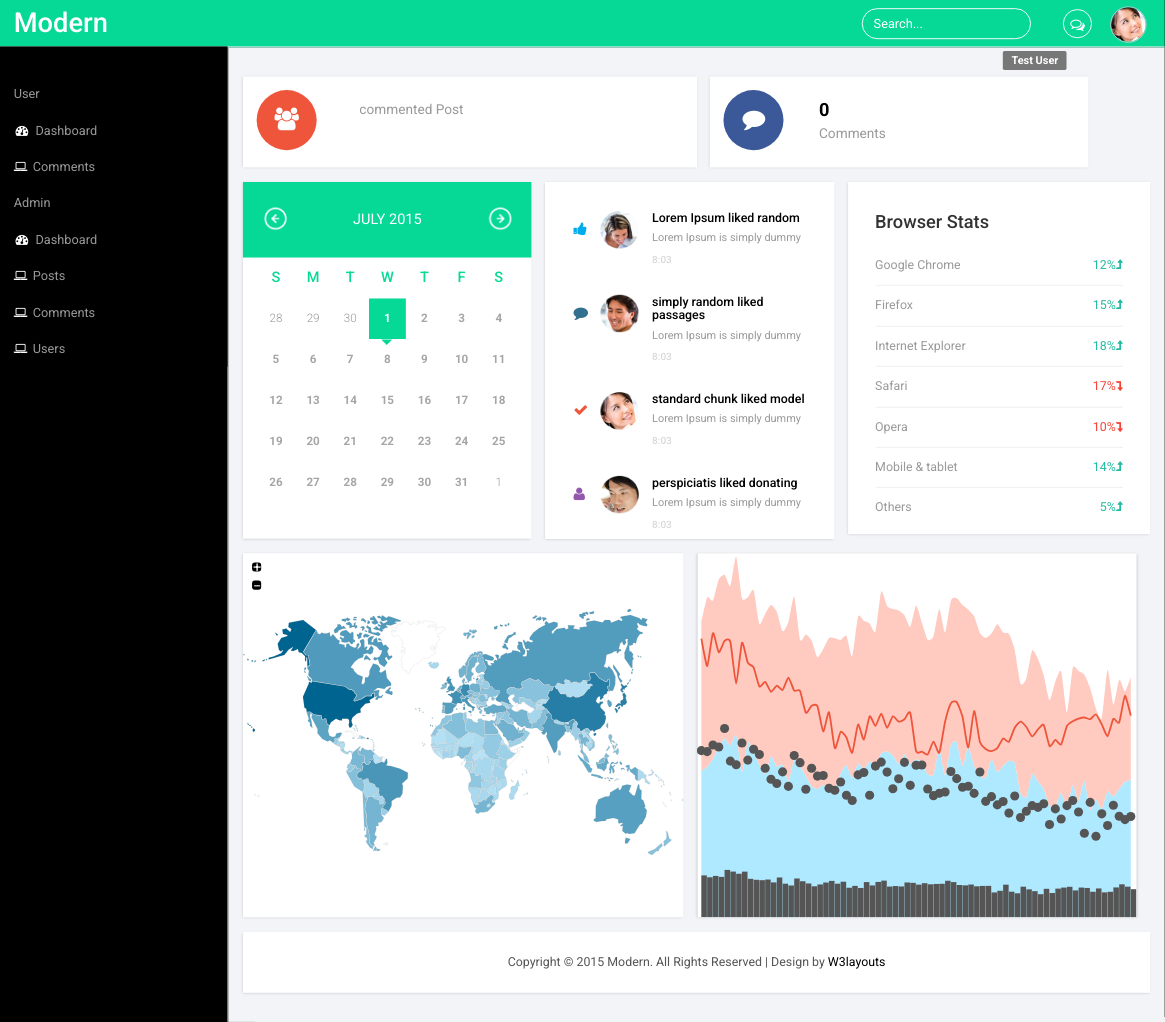
Repository: NomanMustafa/laravel-blog
Page: http://localhost/user/dashboard
These files come from the project's save history. The page is drawn as it stood at one moment and after the next save; the edit follows.
The browser window is 1280 px wide. The pictures show the whole page, at 91% of full size.
The page is served by the project's Laravel application, run on PHP 8.4 with Laravel 8. A made-up administrator, Test User (test@example.com), is signed in. Queries for data that is not in the repository find no rows.

Above is the page before, as saved 2020-07-06 14:22:14.

After the next save:
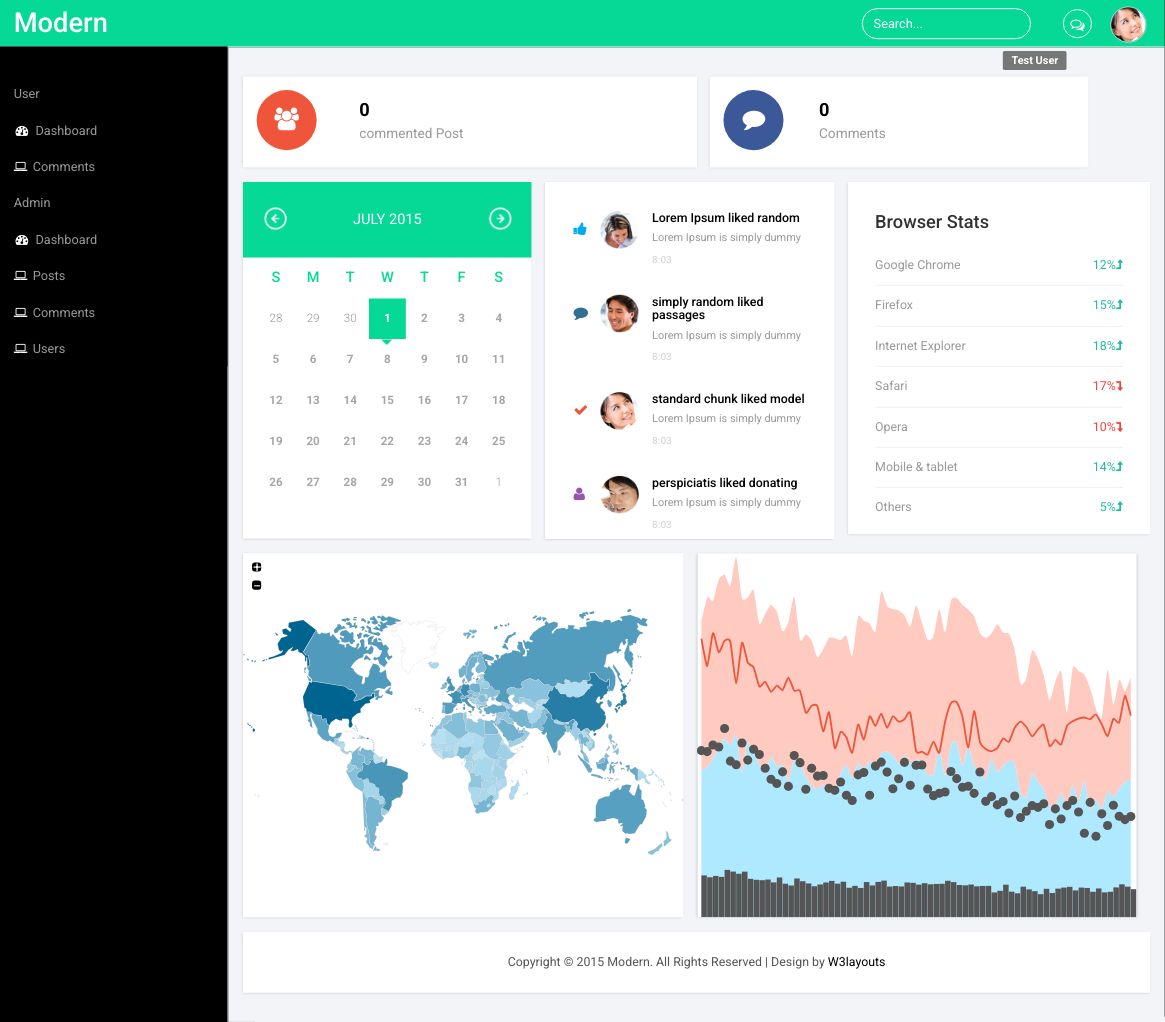
Saved 5 min 5 s later.
--- a/resources/views/user/dashboard.blade.php
+++ b/resources/views/user/dashboard.blade.php
@@ -9,7 +9,7 @@
         		<div class="r3_counter_box">
                     <i class="pull-left fa fa-users user1 icon-rounded"></i>
                     <div class="stats">
-                      <h5><strong></strong></h5>
+                      <h5><strong>{{ Auth::user()->comments->unique('post_id')->count() }}</strong></h5>
                       <span>commented Post</span>
                     </div>
                 </div>
